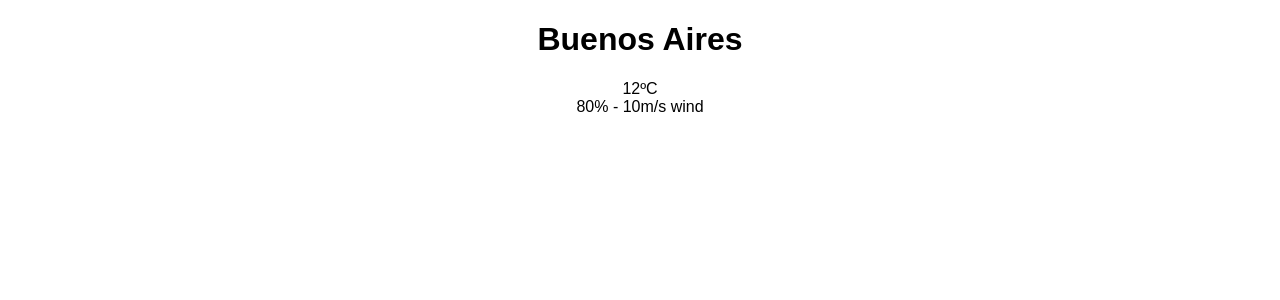
Repository: gustavojuan/REACT-weatherApp
Page: /
These files come from the project's save history. The page is drawn as it stood at one moment and after the next save; the edit follows.
The browser window is 1280 px wide. The pictures show the whole page.
The project was rebuilt for these pictures with package versions that can differ from the ones it lists, and the page was loaded fresh each time.

Above is the page before, as saved 2018-07-12 09:06:26.

### src/App.js
import React, { Component } from 'react';
import WeatherLocation from './components/WeatherLocation';
import './App.css';

class App extends Component {
  render() {
    return (
      <div className="App">
        <WeatherLocation></WeatherLocation>
      </div>
    );
  }
}

export default App;

### src/components/WeatherLocation.js
import React from 'react';
import Location from './Location';
import WeatherData from './WeatherData';

const WeatherLocation = () => (
    <div>
        <Location city={'Buenos Aires'}/>
        <WeatherData />
    </div>
)
export default WeatherLocation;

### src/components/Location.js
import React from 'react';

const Location = ({city})=>(<div><h1>{city}</h1></div>);

export default Location;

### src/components/WeatherData.js
import React from 'react';
import WeatherTemperature from './WeatherTemperature'
import WeatherExtraInfo from './WeatherExtraInfo';

const WeatherData = () => (
    <div>
        <WeatherTemperature></WeatherTemperature>
        <WeatherExtraInfo humidity={80} wind={'10m/s'}></WeatherExtraInfo>
    </div>
)

export default WeatherData;

### src/components/WeatherTemperature.js
import React from 'react'


const WeatherTemperature = () => (
    <div>
        <span>12ºC</span>
    </div>
)

export default WeatherTemperature

### src/components/WeatherExtraInfo.js
import React from 'react';

const WeatherExtraInfo = ({ humidity, wind }) => (
    <div>
        <span>{ humidity + '% - ' }</span>
        <span>{ wind + ' wind' }</span>
    </div>
);

export default WeatherExtraInfo;

Loaded but not shown: public/index.html (common file); src/index.js (common file); src/index.css (common file); src/registerServiceWorker.js (common file); src/App.css (common file)

After the next save:
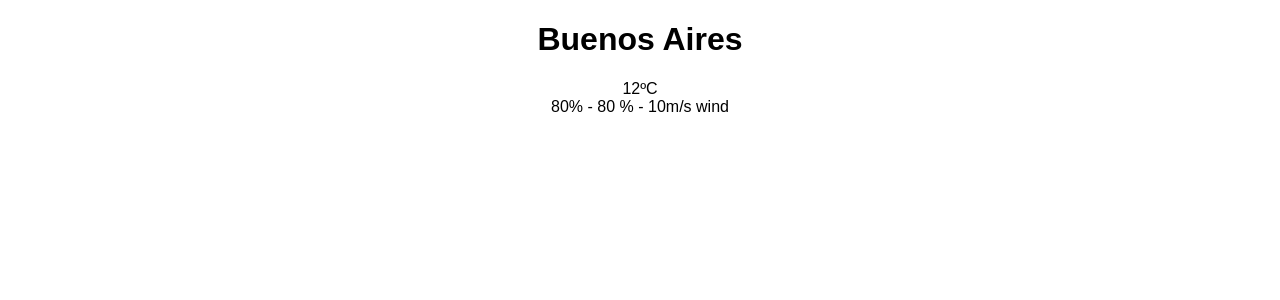
Saved 56 s later.
--- a/src/components/WeatherExtraInfo.js
+++ b/src/components/WeatherExtraInfo.js
@@ -3,6 +3,7 @@ import React from 'react';
 const WeatherExtraInfo = ({ humidity, wind }) => (
     <div>
         <span>{ humidity + '% - ' }</span>
+        <span>{`${humidity} % - `} </span>
         <span>{ wind + ' wind' }</span>
     </div>
 );
